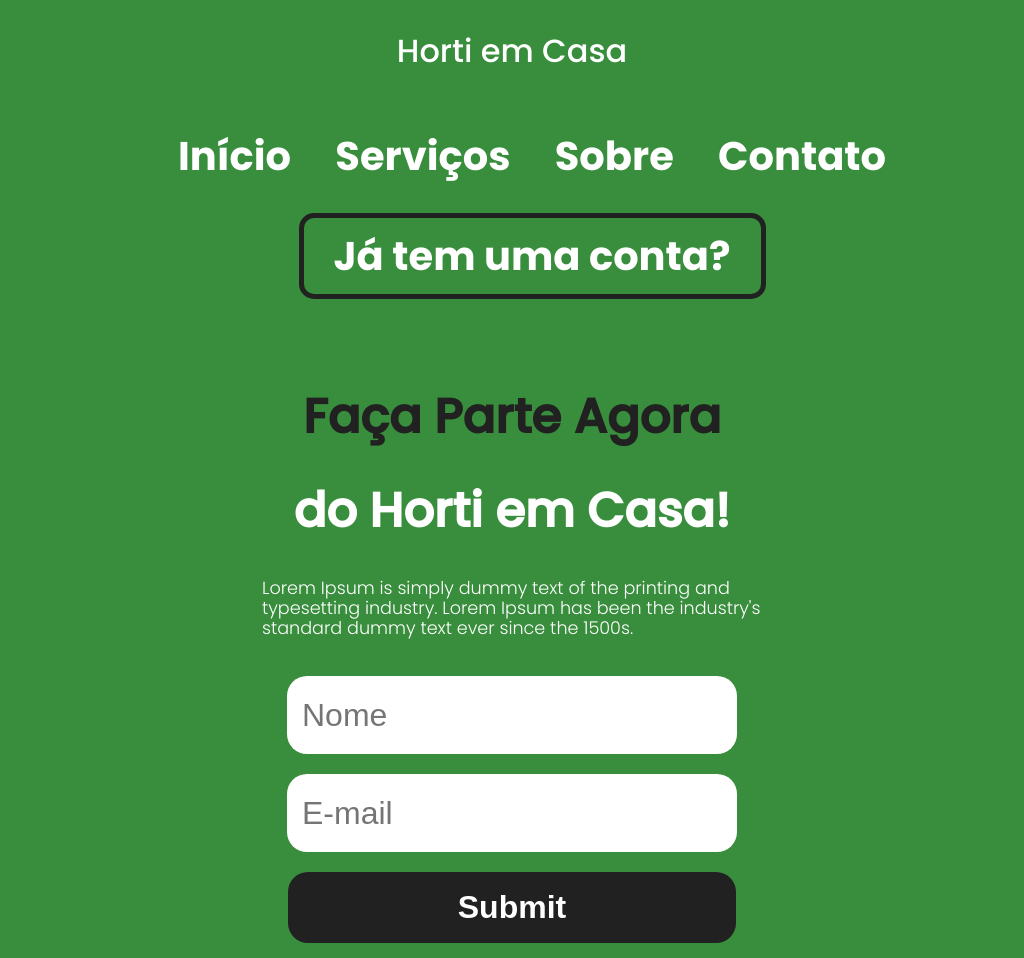
Repository: gabrielcastroo/horti-em-casa
Page: index.html
An editor plug-in stored every save of this project. The page is shown before and after the next save, followed by the edit.
The browser window is 1024 px wide. The pictures show the whole page.

Above is the page before, as saved 2022-04-26 12:47:01.

### index.html
<!DOCTYPE html>
<html lang="pt-br">
<head>
    <meta charset="UTF-8">
    <meta http-equiv="X-UA-Compatible" content="IE=edge">
    <link href="styles/style.css" rel="stylesheet">
    <link href="styles/fonts.css" rel="stylesheet">
    <link href="/styles/media.css" rel="stylesheet">
    <title>Horti em Casa</title>
</head>
<body>
    <header>
        <div>
            <h1>
                Horti em Casa
            </h1>
        </div>

        <ul>
            <a href="#"><li>Início</li></a>
            <a href="#"><li>Serviços</li></a>
            <a href="#"><li>Sobre</li></a>
            <a href="#"><li>Contato</li></a>
            <a href="#" id="inscrever"><li>Já tem uma conta?</li></a>
        </ul>
    </header>

    <main>
        <aside>
            <h2>
                <span>
                    Faça Parte Agora
                </span>
            </h2>
            <h2>
                do Horti em Casa!
            </h2>
            <p>
                Lorem Ipsum is simply dummy text of the printing and typesetting industry. Lorem Ipsum has been the industry's standard dummy text ever since the 1500s.
            </p>
            <form>
                <input type = "text" id = "name" placeholder = "Nome">
                <input type = "email" id = "email" placeholder = "E-mail">
                <input type = "submit" placeholder = "Quero Participar" id="submit">
            </form>
        </aside>

        <article>
            <img src="components/images/legumes.png" alt = "legumes">
        </article>
    </main>
    <script src="js/script.js"></script>
</body>
</html>

### styles/style.css
body{
    /* background-color: rgba(#388E3C); */
    background-color: rgb(56, 142, 60);
    color: white;
    font-family: poppinsregular;
    max-Width: 1200px;
    margin: 0 auto;
    padding: 15px;
}

aside {
    display: flex;
    align-items: center;
    flex-direction: column;
}

header {
    display: flex; /* disposição dos elementos*/
    flex-direction: row;
    justify-content: space-between;
    align-items: center;

}

#title {
    flex-direction: column;
    line-height: 10px;

}

li{
    display: inline-block;
    margin: 20px;
}

a{
    color: white;
    font-family: poppinsbold;
}

a:hover {
    color: rgb(33, 33, 33);
    transition: 0.3s all;
}

#inscrever {
    border: 5px solid rgb(33, 33, 33);
    padding:10px;
    border-radius: 15px;
}

#inscrever:hover {
    background-color: rgb(33, 33, 33);
    color: white;
}

h1 {
    font-weight: 400;
    font-family: poppinsmedium;
}

h2{
    font-size: 50px;
    line-height: 15px;
    font-family: poppinsmedium;
}

main {
    display: flex; /* disposição dos elementos*/
    flex-direction: row;
    margin-top: 50px;
}

span{
    color: rgb(33, 33, 33)
}

p{
    line-height: 20px;
    max-width: 500px;
    font-family: poppinslight;
}

img {
    width: 380px;
    padding-left: 250px;
}

form {
    display: flex;
    flex-direction: column;
    width: 70%;
}

#submit {
    height: 20px;
    width: 100%;
    background-color: rgb(33,33,33);
    color: white;
    font-weight: bold;
    padding-bottom: 30px;
}

#submit:hover {
    cursor: pointer;
}

input {
    margin-top: 20px;
    height: 20px;
    padding: 15px;
    border-radius: 20px;
    border: none;
    font-size: 15px;
}

### styles/fonts.css
@font-face {
    font-family: 'poppinsblack';
    src: url('../components/fonts/poppins-black-webfont.woff2') format('woff2'),
         url('../components/fonts/poppins-black-webfont.woff') format('woff');
    font-weight: normal;
    font-style: normal;

  }




  @font-face {
    font-family: 'poppinsbold';
    src: url('../components/fonts/poppins-bold-webfont.woff2') format('woff2'),
         url('../components/fonts/poppins-bold-webfont.woff') format('woff');
    font-weight: normal;
    font-style: normal;

  }


  @font-face {
    font-family: 'poppinslight';
    src: url('../components/fonts/poppins-light-webfont.woff2') format('woff2'),
         url('../components/fonts/poppins-light-webfont.woff') format('woff');
    font-weight: normal;
    font-style: normal;

  }


  @font-face {
    font-family: 'poppinsmedium';
    src: url('../components/fonts/poppins-medium-webfont.woff2') format('woff2'),
         url('../components/fonts/poppins-medium-webfont.woff') format('woff');
    font-weight: normal;
    font-style: normal;

  }

  @font-face {
    font-family: 'poppinsregular';
    src: url('../components/fonts/poppins-regular-webfont.woff2') format('woff2'),
         url('../components/fonts/poppins-regular-webfont.woff') format('woff');
    font-weight: normal;
    font-style: normal;

  }

  @font-face {
    font-family: 'poppinssemibold';
    src: url('../components/fonts/poppins-semibold-webfont.woff2') format('woff2'),
         url('../components/fonts/poppins-semibold-webfont.woff') format('woff');
    font-weight: normal;
    font-style: normal;

  }

### styles/media.css
@media screen and (max-width: 1148px){

    a {
        font-size: 2.5em;
    }

    p {
        font-size: 1.1em;
    }

    header {
        flex-direction: column;
    }

    main {
        flex-direction: column;
    }

    h2 {
        font-size: 3em;
    }

    form {
        margin: 0 auto;

    }

    #submit {
        padding: 15px;
        font-size: 2em;
        width: 28rem;
        height: 2.2em;
    }

    input{
        align-self: center;
        font-size: 2em;
        height: 1.5em;
    }

    img{
        display: none;
    }

    ul {
        text-align: center;
    }
}

### js/script.js
var input = document. querySelector("#submit");


input.addEventListener("click", function(e) {

    const name = document.querySelector("#name").value;
    const email = document.querySelector("#email").value;

    console.log(name + email)

})

After the next save:
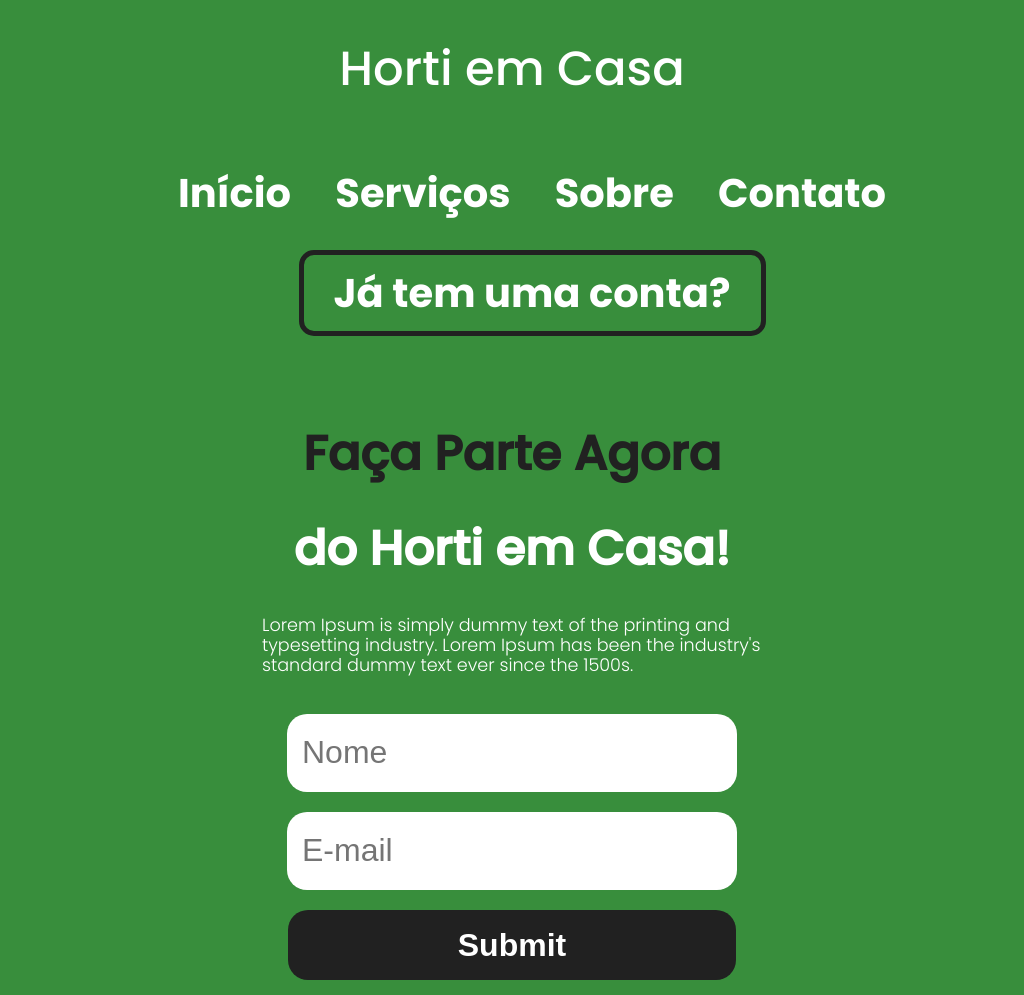
Saved 29 s later.
--- a/styles/media.css
+++ b/styles/media.css
@@ -16,7 +16,7 @@
         flex-direction: column;
     }
 
-    h2 {
+    h2, h1 {
         font-size: 3em;
     }
 
